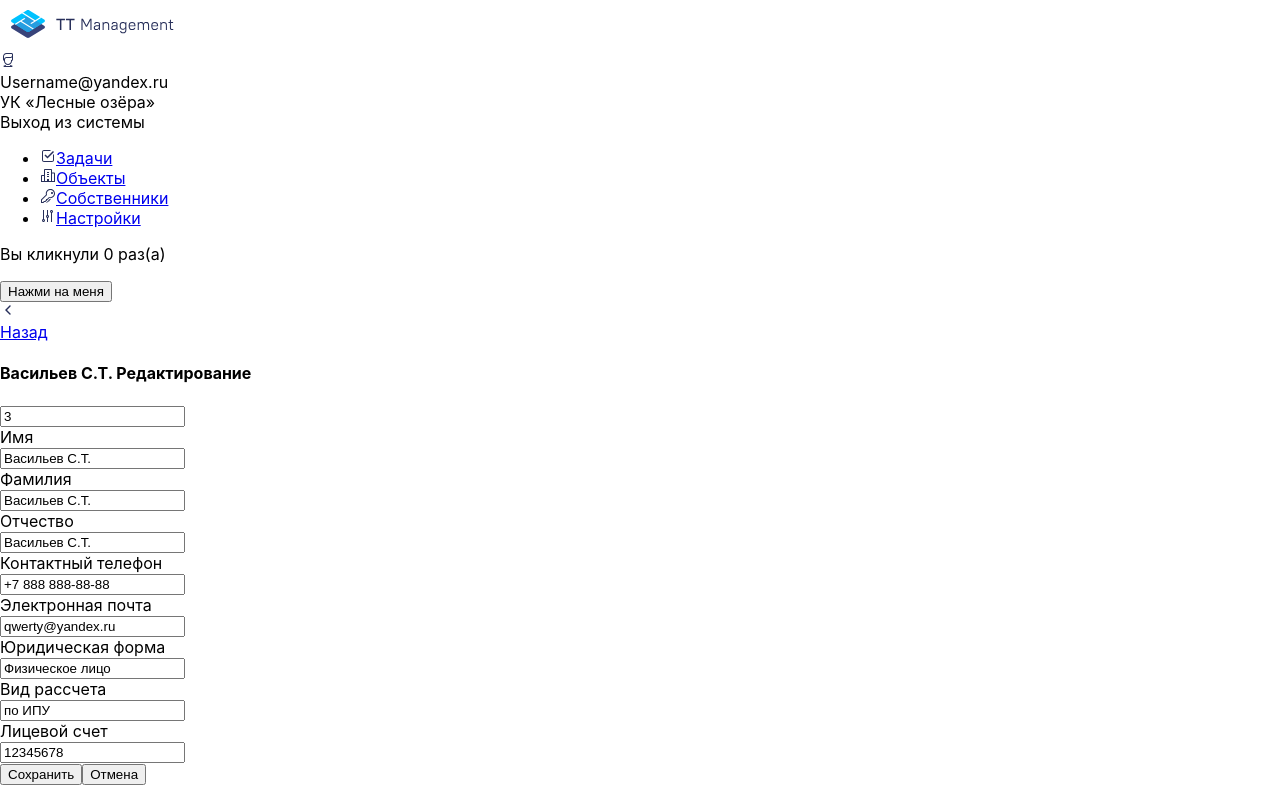
Repository: TryBr/tt-management
Page: /owners/2/edit
An editor plug-in stored every save of this project. The page is shown before and after a run of saves, followed by the edit.
The browser window is 1280 px wide. The pictures show the whole page.
The project was rebuilt for these pictures with package versions that can differ from the ones it lists, and the page was loaded fresh each time. Also part of the build but not shown: src/App.css, src/TaskDetail.js, src/Owners.js, src/OwnerDetail.js.

Above is the page before, as saved 2020-07-21 11:17:29.

### public/index.html
<!DOCTYPE html>
<html lang="en">
  <head>
    <meta charset="utf-8" />
    <link rel="icon" href="%PUBLIC_URL%/favicon.ico" />
    <meta name="viewport" content="width=device-width, initial-scale=1" />
    <meta name="theme-color" content="#000000" />
    <meta
      name="description"
      content="Web site created using create-react-app"
    />
    <link rel="apple-touch-icon" href="%PUBLIC_URL%/logo192.png" />
    <!--
      manifest.json provides metadata used when your web app is installed on a
      user's mobile device or desktop. See https://developers.google.com/web/fundamentals/web-app-manifest/
    -->
    <link rel="manifest" href="%PUBLIC_URL%/manifest.json" />
    <!--
      Notice the use of %PUBLIC_URL% in the tags above.
      It will be replaced with the URL of the `public` folder during the build.
      Only files inside the `public` folder can be referenced from the HTML.

      Unlike "/favicon.ico" or "favicon.ico", "%PUBLIC_URL%/favicon.ico" will
      work correctly both with client-side routing and a non-root public URL.
      Learn how to configure a non-root public URL by running `npm run build`.
    -->
    <title>TT Management</title>
  </head>
  <body>
    <noscript>You need to enable JavaScript to run this app.</noscript>
    <div id="root"></div>
    <!--
      This HTML file is a template.
      If you open it directly in the browser, you will see an empty page.

      You can add webfonts, meta tags, or analytics to this file.
      The build step will place the bundled scripts into the <body> tag.

      To begin the development, run `npm start` or `yarn start`.
      To create a production bundle, use `npm run build` or `yarn build`.
    -->
  </body>
</html>

### src/OwnerEdit.js
import React, { Fragment, useState } from "react";

import { PageHeader, Row, Col, Form, Button, Input } from 'antd';


import {
    Link,
    useParams,
    useRouteMatch
} from "react-router-dom";

const BackIcon = () => (
    <svg width="16" height="16" viewBox="0 0 16 16" fill="none" xmlns="http://www.w3.org/2000/svg">
    <path fill-rule="evenodd" clip-rule="evenodd" d="M9.5 3.49994C9.77614 3.2238 10.2239 3.2238 10.5 3.49994C10.7761 3.77608 10.7761 4.2238 10.5 4.49994L7 7.99994L10.5 11.4999C10.7761 11.7761 10.7761 12.2238 10.5 12.4999C10.2239 12.7761 9.77614 12.7761 9.5 12.4999L5 7.99994L9.5 3.49994Z" fill="#272F5A"/>
    </svg>
);

const OwnerEdit = ({ owner }) => {

    const [owners, setOwners] = useState({
        owners: [],
    });

    const [count, setCount] = useState(0);

    let { id } = useParams();
    let { url } = useRouteMatch();

    const onFinish = values => {
        setOwners({
            ...owners,
            owners: values
        });
        console.log('Success:', values);
    };

    return (

        <div className="owner-detail">
            <p>Вы кликнули {count} раз(а)</p>
            <button onClick={() => setCount(count + 1)}>
                Нажми на меня
            </button>
            <Link to={`/owners/${id}`}>
                <PageHeader
                    className="site-page-header"
                    onBack={() => null}
                    title="Назад"
                    backIcon={<BackIcon />}
                />
            </Link>
            <h1 className="page-title">{owner[id].fio} Редактирование</h1>

            <Row>
                <Col span={12}>
                        <Form layout={"vertical"} size={"middle"} onFinish={onFinish}>
                            <Form.Item name="id" initialValue={owner[id].id} hidden="true">
                                <Input />
                            </Form.Item>
                            <Form.Item label="Имя" name="name" initialValue={owner[id].fio} >
                                <Input />
                            </Form.Item>
                            <Form.Item label="Фамилия" name="lastname" initialValue={owner[id].fio}>
                                <Input />
                            </Form.Item>
                            <Form.Item label="Отчество" name="patronymic" initialValue={owner[id].fio}>
                                <Input />
                            </Form.Item>
                            <Form.Item label="Контактный телефон" name="phone" initialValue={owner[id].phone}>
                                <Input />
                            </Form.Item>
                            <Form.Item label="Электронная почта" name="email" initialValue={owner[id].email}>
                                <Input />
                            </Form.Item>
                            <Form.Item label="Юридическая форма" name="legalform" initialValue={owner[id].legalForm}>
                                <Input />
                            </Form.Item>
                            <Form.Item label="Вид рассчета" name="paytype" initialValue={owner[id].payType}>
                                <Input />
                            </Form.Item>
                            <Form.Item label="Лицевой счет" name="accountnumber" initialValue={owner[id].accountNumber}>
                                <Input />
                            </Form.Item>

                            <Form.Item>
                                <Button type="primary" htmlType="submit">Сохранить</Button>
                                <Button type="default">Отмена</Button>
                            </Form.Item>
                        </Form>
                </Col>
            </Row>

        </div>
    );

}

export default OwnerEdit;

Loaded but not shown: src/index.js (common file); src/index.css (common file); src/serviceWorker.js (common file); src/App.js (205 lines, source omitted)

After the next 2 saves:
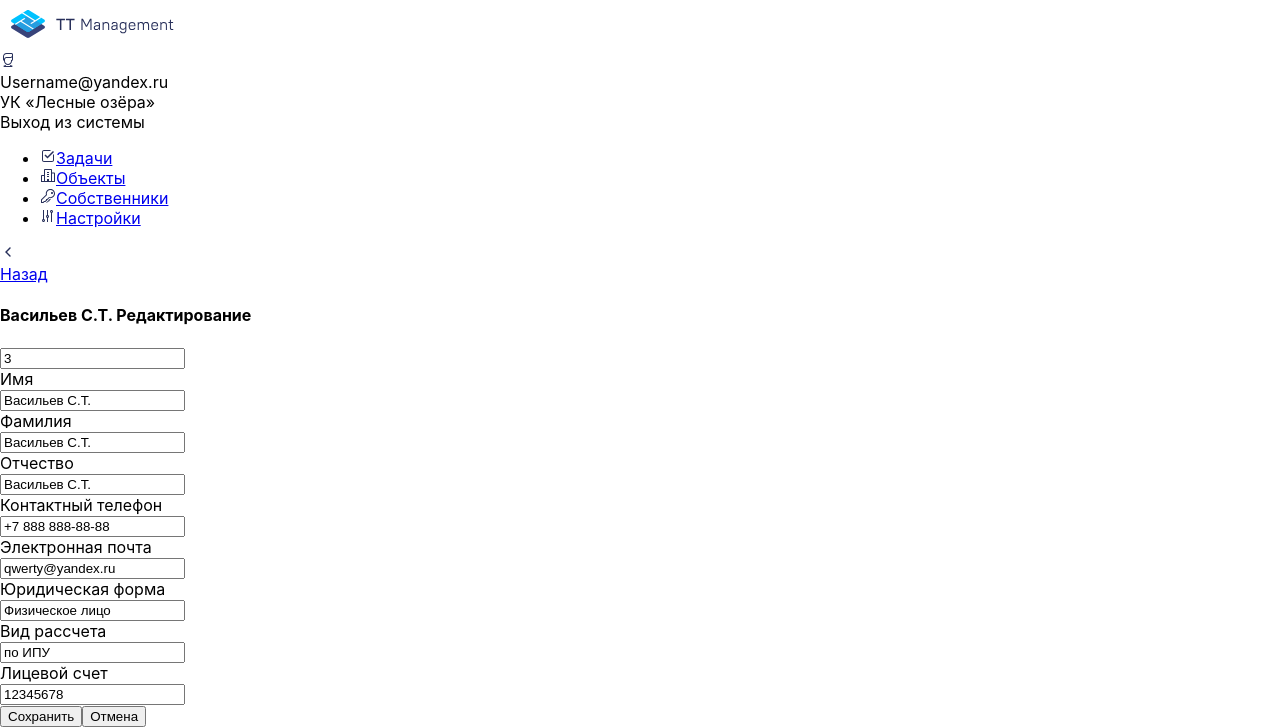
The 2 saves are shown as one change because 1 did not build or start.
The last was saved 4 min 30 s later.
--- a/src/OwnerEdit.js
+++ b/src/OwnerEdit.js
@@ -21,7 +21,6 @@ const OwnerEdit = ({ owner }) => {
         owners: [],
     });
 
-    const [count, setCount] = useState(0);
 
     let { id } = useParams();
     let { url } = useRouteMatch();
@@ -37,10 +36,7 @@ const OwnerEdit = ({ owner }) => {
     return (
 
         <div className="owner-detail">
-            <p>Вы кликнули {count} раз(а)</p>
-            <button onClick={() => setCount(count + 1)}>
-                Нажми на меня
-            </button>
+
             <Link to={`/owners/${id}`}>
                 <PageHeader
                     className="site-page-header"
